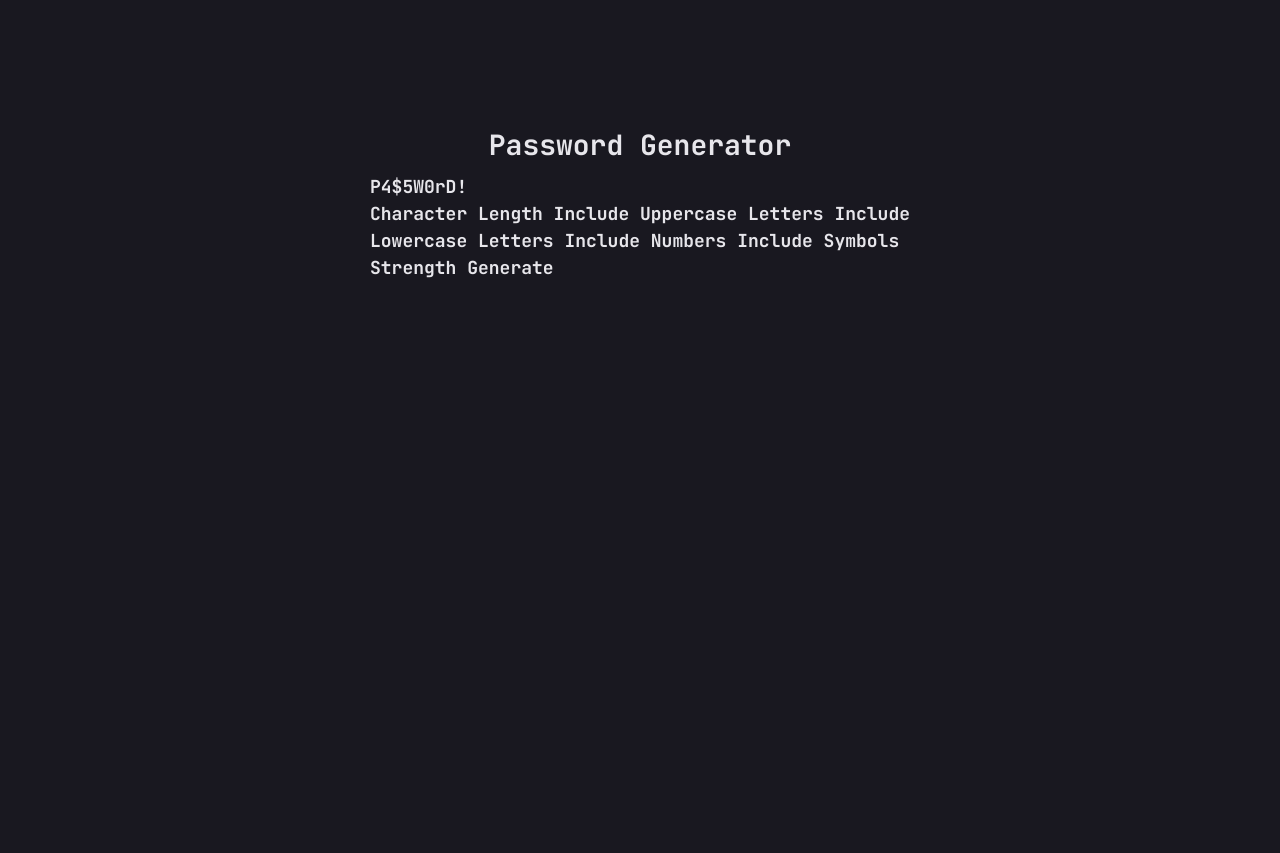
Repository: blordeus/password-generator-app
Page: starter-code/index.html
The author's editor kept a copy of each file at every save. The page is drawn from the files as they stood at one save, then again after the next save.
The browser window is 1280 px wide. The pictures show the whole page.

Above is the page before, as saved 2023-10-05 19:58:41.

### starter-code/index.html
<!DOCTYPE html>
<html lang="en">
<head>
  <meta charset="UTF-8">
  <meta name="viewport" content="width=device-width, initial-scale=1.0">
  <link href="https://cdn.jsdelivr.net/npm/bootstrap@5.3.2/dist/css/bootstrap.min.css" rel="stylesheet" integrity="sha384-T3c6CoIi6uLrA9TneNEoa7RxnatzjcDSCmG1MXxSR1GAsXEV/Dwwykc2MPK8M2HN" crossorigin="anonymous">
  <script src="https://cdn.jsdelivr.net/npm/bootstrap@5.3.2/dist/js/bootstrap.bundle.min.js" integrity="sha384-C6RzsynM9kWDrMNeT87bh95OGNyZPhcTNXj1NW7RuBCsyN/o0jlpcV8Qyq46cDfL" crossorigin="anonymous" defer></script>
  <link rel="icon" type="image/png" sizes="32x32" href="./assets/images/favicon-32x32.png">
  <link rel="stylesheet" href="./assets/style.css">
  <link href="https://fonts.googleapis.com/css2?family=JetBrains+Mono:wght@700&display=swap" rel="stylesheet">
  <title>Frontend Mentor | Password generator app</title>
</head>
<body>
<main class="main">

    <h1 class="fs-3 title ">Password Generator</h1>

    <div class="">
      <p>P4$5W0rD!</p>
    </div>

    <div>
      Character Length
      Include Uppercase Letters
      Include Lowercase Letters
      Include Numbers
      Include Symbols
    </div>
    <div>
      Strength
      Generate
    </div>
</main>

</body>
</html>

### starter-code/assets/style.css
/* ------------------- */
/* Custom properties   */
/* ------------------- */

:root {
    /* colors */
    --clr-darkGrey: 248 10% 15%;
    --clr-grey: 251 9% 53%;
    --clr-almostWhite: 252 11% 91%;
    --clr-veryDarkGrey: 248 15% 11%;
    --clr-neonGreen: 127 100% 82%;
    --clr-red: 0 91% 63%;
    --clr-orange: 13 95% 66%;
    --clr-yellow: 42 91% 68%;

    /* font-sizes */
    --fs-1: 1.5rem;
    --fs-2: 1.125rem;
    --fs-3: 1rem;
  }

  @media (min-width: 35em) {
    :root {
      --fs-1: 2rem;
      --fs-2: 1.5rem;
      --fs-3: 1.125rem;
    }
  }

  /* ------------------- */
  /* Reset               */
  /* ------------------- */

  /* https://piccalil.li/blog/a-modern-css-reset/ */

  /* Box sizing */
  *,
  *::before,
  *::after {
    box-sizing: border-box;
  }

  /* Reset margins */
  body,
  h1,
  h2,
  h3,
  h4,
  h5,
  p,
  figure,
  picture {
    margin: 0;
  }

  h1,
  h2,
  h3,
  h4,
  h5,
  h6,
  p {
    font-weight: 400;
  }

  /* set up the body */
  body {
    font-family: "JetBrains Mono", monospace;
    font-size: var(--fs-3);
    font-weight: 700;
    color: hsl(var(--clr-almostWhite));
    background-color: hsl(var(--clr-veryDarkGrey));
    min-height: 100vh;

    overflow-x: hidden;
  }

  /* make images easier to work with */
img,
picture {
  max-width: 100%;
  display: block;
}

/* make form elements easier to work with */
input,
button,
textarea,
select {
  font: inherit;
}

/* typography */

.uppercase {
    text-transform: uppercase;
  }

  .fs-1 {
    font-size: var(--fs-1);
    line-height: 2rem;
  }

  .fs-2 {
    font-size: var(--fs-2);
    line-height: 1.485rem;
  }

  .fs-3 {
    font-size: var(--fs-3);
    line-height: 1.32rem;
  }

  @media (min-width: 35em) {
    .fs-1 {
      line-height: 2.64rem;
    }

    .fs-2 {
      line-height: 1.98rem;
    }

    .fs-3 {
      line-height: 1.485rem;
    }
  }

  /*     Layout     */
/* -------------- */

.main {
    margin-top: 4rem;
    margin-inline: 1rem;
  }

  @media (min-width: 35em) {
    .main {
      max-width: 33.75rem;
      margin-top: 8.3125rem;
      margin-inline: auto;
    }
  }

  .title {
    text-align: center;
    margin-block: 0;
    margin-bottom: 1rem;
  }

  .field {
    padding: 1rem;
    justify-content: space-between;
    align-items: center;
    margin-bottom: 1rem;
  }

  @media (min-width: 35em) {
    .field {
      padding: 1.5rem 2rem;
    }
  }

  .copy {
    gap: 1rem;
    align-items: center;
  }

  #copyMsg {
    display: none;
  }

  .copyIcon:hover {
    cursor: pointer;
  }

  .copyIcon:hover .copyIconPath {
    fill: white;
  }

  .options {
    padding: 1rem;
  }

  @media (min-width: 35em) {
    .options {
      padding: 1.5rem 2rem;
    }
  }

  .sliderLabel {
    justify-content: space-between;
    align-items: center;
  }

  .slider {
    width: 100%;
    margin-top: 1rem;
    margin-bottom: 2rem;
  }

  input[type="range"] {
    -webkit-appearance: none;
    background: hsl(var(--clr-veryDarkGrey));
    accent-color: white;
    cursor: pointer;
    height: 8px;
    background-image: linear-gradient(
      hsl(var(--clr-neonGreen)),
      hsl(var(--clr-neonGreen))
    );
    background-size: 30% 100%;
    background-repeat: no-repeat;
  }

  input[type="range"]::-webkit-slider-thumb {
    height: 28px;
    width: 28px;
    background: hsl(var(--clr-almostWhite));
    -webkit-appearance: none;
    border-radius: 14px;
  }

  input[type="range"]:hover::-webkit-slider-thumb {
    background: hsl(var(--clr-veryDarkGrey));
    border: 2px solid hsl(var(--clr-neonGreen));
    -webkit-appearance: none;
  }

  .checkboxes {
    flex-direction: column;
    gap: 1rem;
    margin-bottom: 2rem;
  }

  /* Customize the label (the container) */
  .checkboxLabel {
    display: block;
    position: relative;
    padding-left: 2.5rem;
    cursor: pointer;
    -webkit-user-select: none;
    -moz-user-select: none;
    -ms-user-select: none;
    user-select: none;
  }

  /* Hide the browser's default checkbox */
  .checkboxLabel input {
    position: absolute;
    opacity: 0;
    cursor: pointer;
    height: 0;
    width: 0;
  }

  /* Create a custom checkbox */
  .checkmark {
    position: absolute;
    top: 0;
    left: 0;
    height: 20px;
    width: 20px;
    background-color: hsl(var(--clr-darkGrey));
    border: 2px solid hsl(var(--clr-almostWhite));
    display: flex;
    justify-content: center;
    align-items: center;
  }

  /* On mouse-over, add a background color */
  .checkboxLabel:hover input ~ .checkmark {
    border-color: hsl(var(--clr-neonGreen));
  }

  /* When the checkbox is checked, add a background */
  .checkboxLabel input:checked ~ .checkmark {
    background-color: hsl(var(--clr-neonGreen));
    border-color: hsl(var(--clr-neonGreen));
  }

  /* Create the checkmark/indicator (hidden when not checked) */
  .checkmark:after {
    content: "";
    position: absolute;
    display: none;
  }

  /* Show the checkmark when checked */
  .checkboxLabel input:checked ~ .checkmark:after {
    display: block;
  }

  .strength {
    background-color: hsl(var(--clr-veryDarkGrey));
    padding: 1rem;
    justify-content: space-between;
    align-items: center;
    margin-bottom: 1rem;
  }

  .strengthLvl {
    align-items: center;
  }

  .strengthLvl p {
    margin-right: 0.5rem;
  }

  .bars {
    width: 10px;
    height: 28px;
    border: 2px solid hsl(var(--clr-almostWhite));
    margin-left: 0.5rem;
  }

  .button {
    width: 100%;
    padding-top: 1.125rem;
    padding-bottom: 1.125rem;
    border: 2px solid hsl(var(--clr-neonGreen));
  }

  .button:hover {
    background-color: hsl(var(--clr-darkGrey));
    color: hsl(var(--clr-neonGreen));
    cursor: pointer;
  }

  .button svg {
    margin-left: 1rem;
  }

  .button:hover path {
    fill: hsl(var(--clr-neonGreen));
  }

  .alert {
    display: none;
    text-align: center;
    color: hsl(var(--clr-red));
  }

  /*  Level Classes */

  .tooWeak {
    background-color: hsl(var(--clr-red));
    border: 2px solid hsl(var(--clr-red));
  }

  .weak {
    background-color: hsl(var(--clr-orange));
    border: 2px solid hsl(var(--clr-orange));
  }

  .medium {
    background-color: hsl(var(--clr-yellow));
    border: 2px solid hsl(var(--clr-yellow));
  }

  .strong {
    background-color: hsl(var(--clr-neonGreen));
    border: 2px solid hsl(var(--clr-neonGreen));
  }

After the next save:
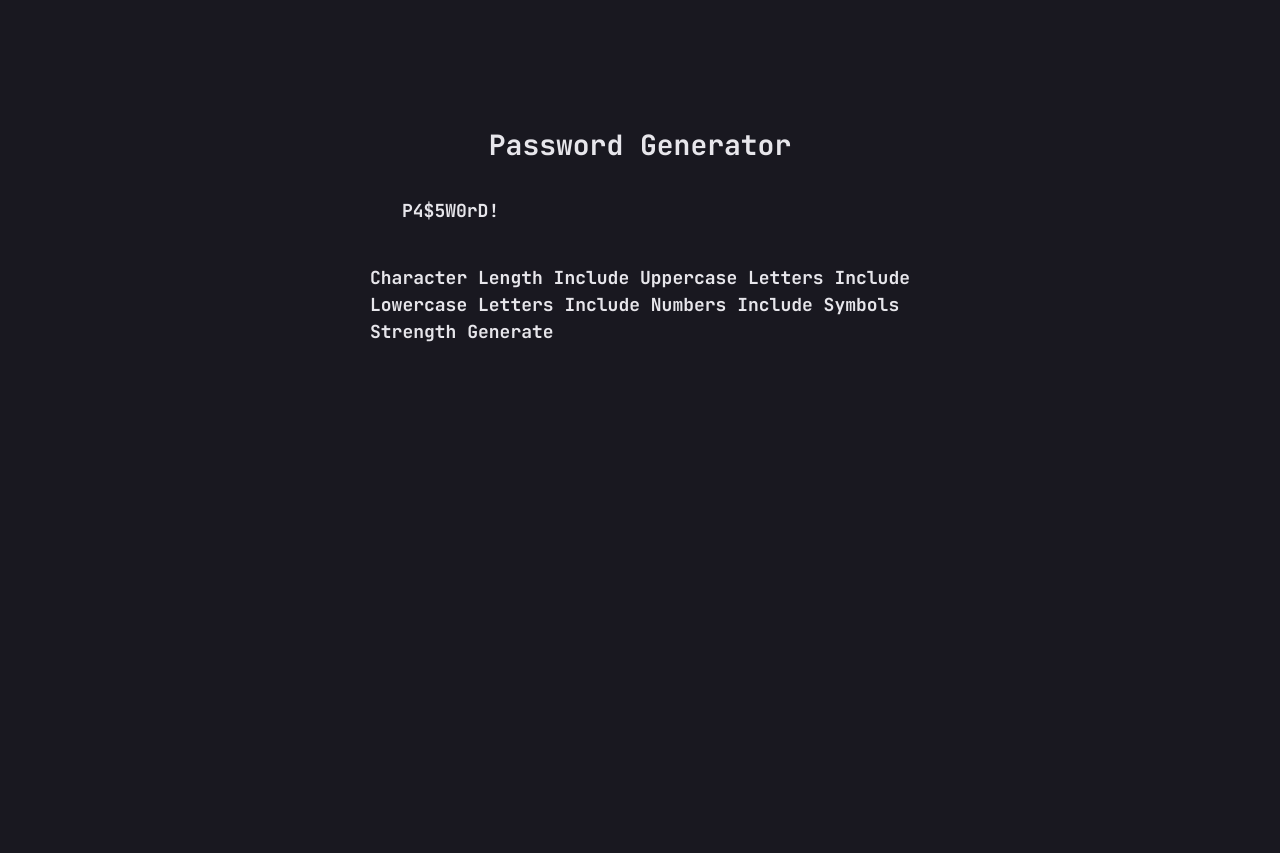
Saved 12 s later.
--- a/starter-code/index.html
+++ b/starter-code/index.html
@@ -15,7 +15,7 @@
 
     <h1 class="fs-3 title ">Password Generator</h1>
 
-    <div class="">
+    <div class="field bg">
       <p>P4$5W0rD!</p>
     </div>
 
